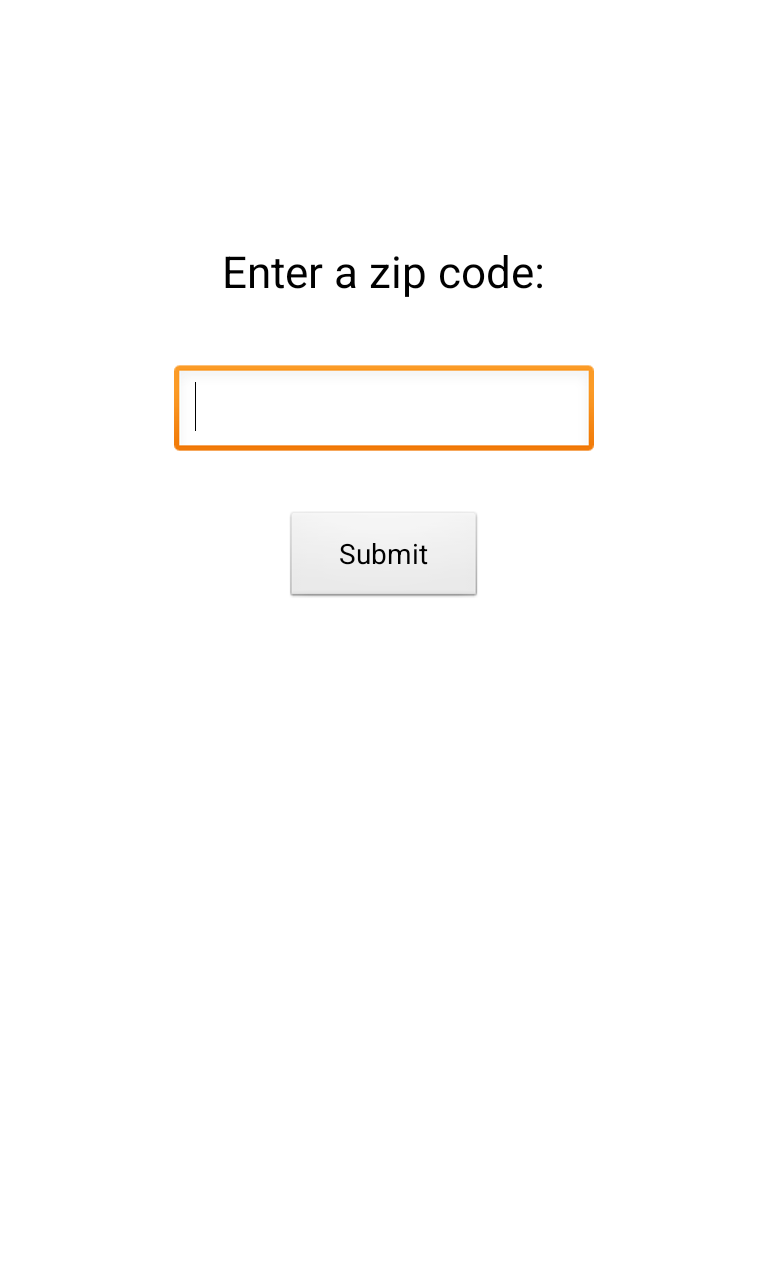
Repository: jwisch91/CS390-Project
Layout: workspace/testing/res/layout/weather.xml
These files come from the project's save history. The layout is drawn as it stood at one moment and after the next save; the edit follows.
It is drawn on a 768 x 1280 px phone screen (xhdpi) without system bars, with theme android:Theme.Light; the app's code is not run.

Above is the layout before, as saved 2013-04-15 04:40:58.

### workspace/testing/res/layout/weather.xml
<?xml version="1.0" encoding="utf-8"?>
<RelativeLayout xmlns:android="http://schemas.android.com/apk/res/android"
    android:layout_width="match_parent"
    android:layout_height="match_parent" >

    <EditText
        android:id="@+id/editText1"
        android:layout_width="wrap_content"
        android:layout_height="wrap_content"
        android:layout_alignParentTop="true"
        android:layout_centerHorizontal="true"
        android:inputType="number"
        android:maxLength="5"
        android:layout_marginTop="182dp"
        android:ems="10" >

        <requestFocus />
    </EditText>

    <Button
        android:id="@+id/Weather_Submit"
        android:layout_width="100dip"
        android:layout_height="wrap_content"
        android:layout_below="@+id/editText1"
        android:layout_centerHorizontal="true"
        android:layout_marginTop="25dp"
        android:text="Submit" />

    <TextView
        android:id="@+id/textView1"
        android:layout_width="wrap_content"
        android:layout_height="wrap_content"
        android:layout_alignBottom="@+id/editText1"
        android:layout_centerHorizontal="true"
        android:layout_marginBottom="80dp"
        android:text="Enter a zip code:"
        android:textAppearance="?android:attr/textAppearanceLarge" />

</RelativeLayout>

After the next save:
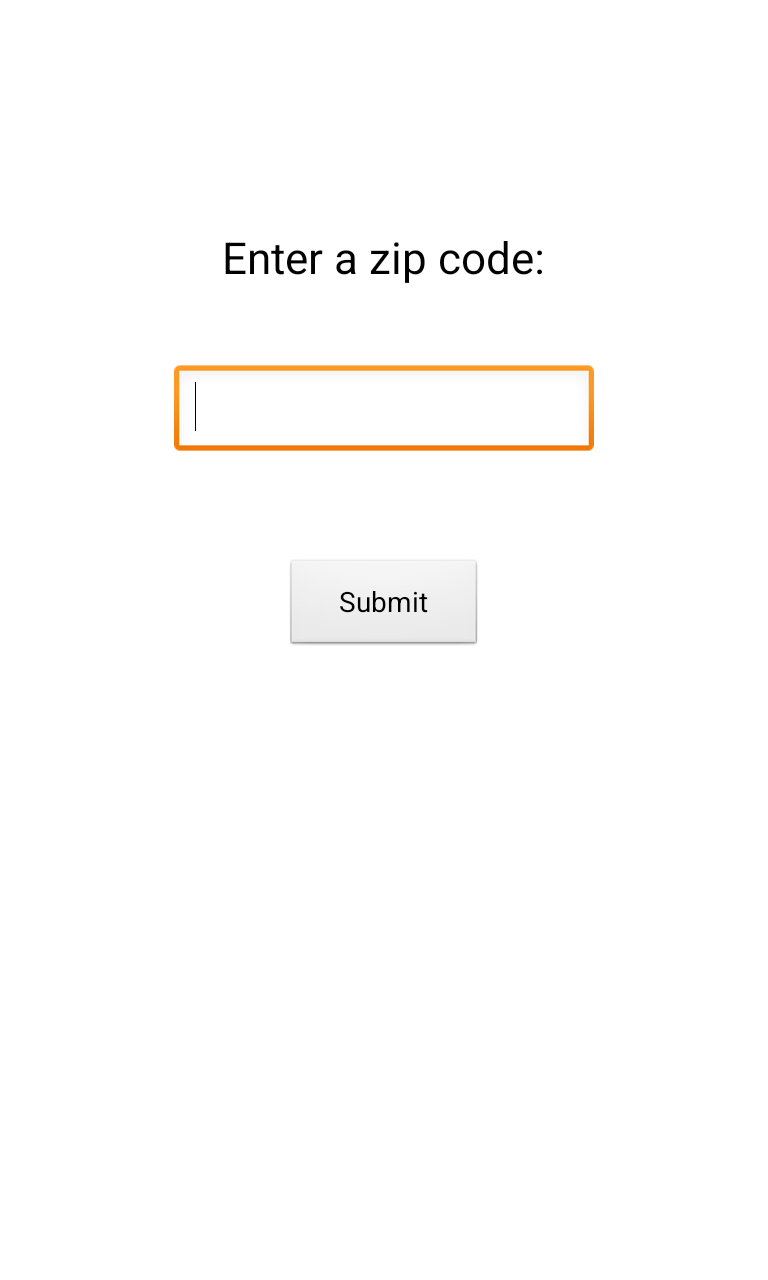
Saved 34 min 54 s later.
--- a/workspace/testing/res/layout/weather.xml
+++ b/workspace/testing/res/layout/weather.xml
@@ -4,7 +4,7 @@
     android:layout_height="match_parent" >
 
     <EditText
-        android:id="@+id/editText1"
+        android:id="@+id/Zip_Code"
         android:layout_width="wrap_content"
         android:layout_height="wrap_content"
         android:layout_alignParentTop="true"
@@ -21,18 +21,18 @@
         android:id="@+id/Weather_Submit"
         android:layout_width="100dip"
         android:layout_height="wrap_content"
-        android:layout_below="@+id/editText1"
+        android:layout_below="@+id/Zip_Code"
         android:layout_centerHorizontal="true"
-        android:layout_marginTop="25dp"
+        android:layout_marginTop="49dp"
         android:text="Submit" />
 
     <TextView
         android:id="@+id/textView1"
         android:layout_width="wrap_content"
         android:layout_height="wrap_content"
-        android:layout_alignBottom="@+id/editText1"
+        android:layout_alignBottom="@+id/Zip_Code"
         android:layout_centerHorizontal="true"
-        android:layout_marginBottom="80dp"
+        android:layout_marginBottom="87dp"
         android:text="Enter a zip code:"
         android:textAppearance="?android:attr/textAppearanceLarge" />
 
